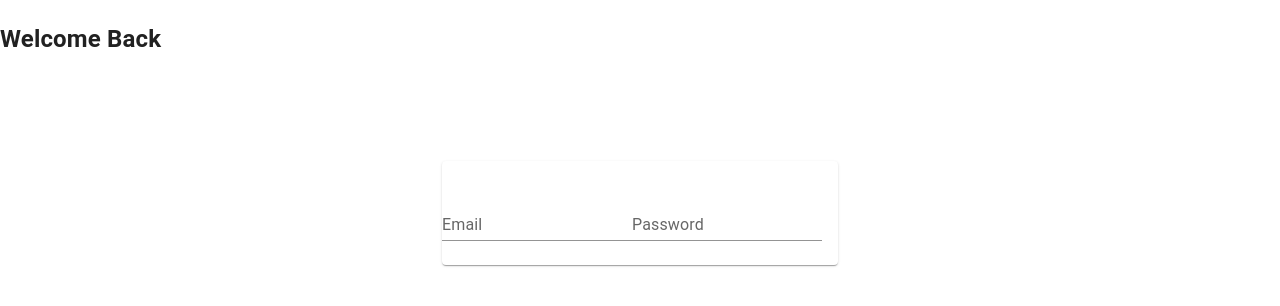
Repository: NGHIAVN1/Note
Page: /
These files come from the project's save history. The page is drawn as it stood at one moment and after the next save; the edit follows.
The browser window is 1280 px wide. The pictures show the whole page.
The project was rebuilt for these pictures with package versions that can differ from the ones it lists, and the page was loaded fresh each time. Also part of the build but not shown: vite.config.js, src/Register.jsx, src/Pet.jsx, src/useBreedList.jsx, src/SearchParams.jsx.

Above is the page before, as saved 2024-03-05 18:30:35.

### src/index.html
<!DOCTYPE html>
<html lang="en">

<head>
  <meta charset="UTF-8">
  <meta name="viewport" content="width=device-width, initial-scale=1.0">
  <meta http-equiv="X-UA-Compatible" content="ie=edge">
  <title>Adopt Me</title>
</head>

<body>
  <div id="root">not rendered</div>
  <script type="module" src="./App.jsx">
    // Your code is going to go here

  </script>
</body>

</html>

### src/App.jsx
import React from "react";
import "./Register";
import "./LoginPages";
import "./SearchParams";
import { createRoot } from "react-dom/client";
import SearchParams from "./SearchParams";
import RegisterUser from "./Register";
import LoginPage from "./LoginPages";

const App = () => {
  return (
    <div>
      <h1></h1>
      <h2>Welcome Back</h2>
      <LoginPage />
    </div>
  );
};

const container = document.getElementById("root");
const root = createRoot(container);
root.render(React.createElement(App));

### src/LoginPages.jsx
import {
  CardContent,
  CardHeader,
  CssBaseline,
  TextField,
  Typography,
} from "@mui/material";
import Container from "@mui/material/Container";
import Card from "@mui/material/Card";
import { dark } from "@mui/material/styles/createPalette";
import Box from "@mui/material/Box";

import Grid from "@mui/material/Grid";
// const defaultTheme = createTheme();
const LoginPage = () => {
  return (
    <div>
      <Container component="main" maxWidth="xs">
        <CssBaseline />
        <Box
          sx={{
            marginTop: 8,
            display: "flex",
            flexDirection: "column",
            alignItems: "center",
          }}
        >
          <Card
            sx={{
              marginTop: 5,
              display: "flex",
              flexDirection: "column",
              alignItems: "center",
            }}
          >
            <CardHeader action title>
              <Typography sx={{ frontSize: 14 }} color={dark}>
                Login
              </Typography>
            </CardHeader>
            <CardContent>
              <Grid container spacing={2}>
                <Grid xs={12} sm={6}>
                  <TextField variant="standard" label="Email" fullWidth />
                </Grid>
                <Grid xs={12} sm={6}>
                  <TextField variant="standard" label="Password" fullWidth />
                </Grid>
              </Grid>
            </CardContent>
          </Card>
        </Box>
      </Container>
    </div>
  );
};
export default LoginPage;

After the next save:
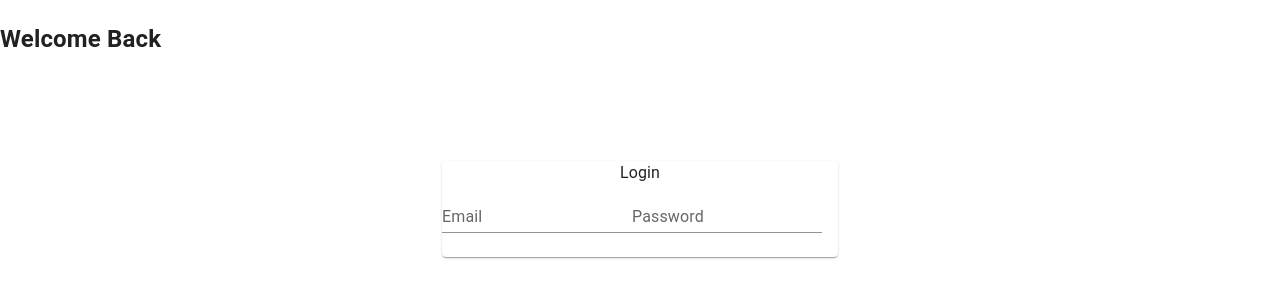
Saved 45 s later.
--- a/src/LoginPages.jsx
+++ b/src/LoginPages.jsx
@@ -33,11 +33,10 @@ const LoginPage = () => {
               alignItems: "center",
             }}
           >
-            <CardHeader action title>
-              <Typography sx={{ frontSize: 14 }} color={dark}>
-                Login
-              </Typography>
-            </CardHeader>
+            <Typography sx={{ frontSize: 14 }} color={dark}>
+              Login
+            </Typography>
+
             <CardContent>
               <Grid container spacing={2}>
                 <Grid xs={12} sm={6}>
